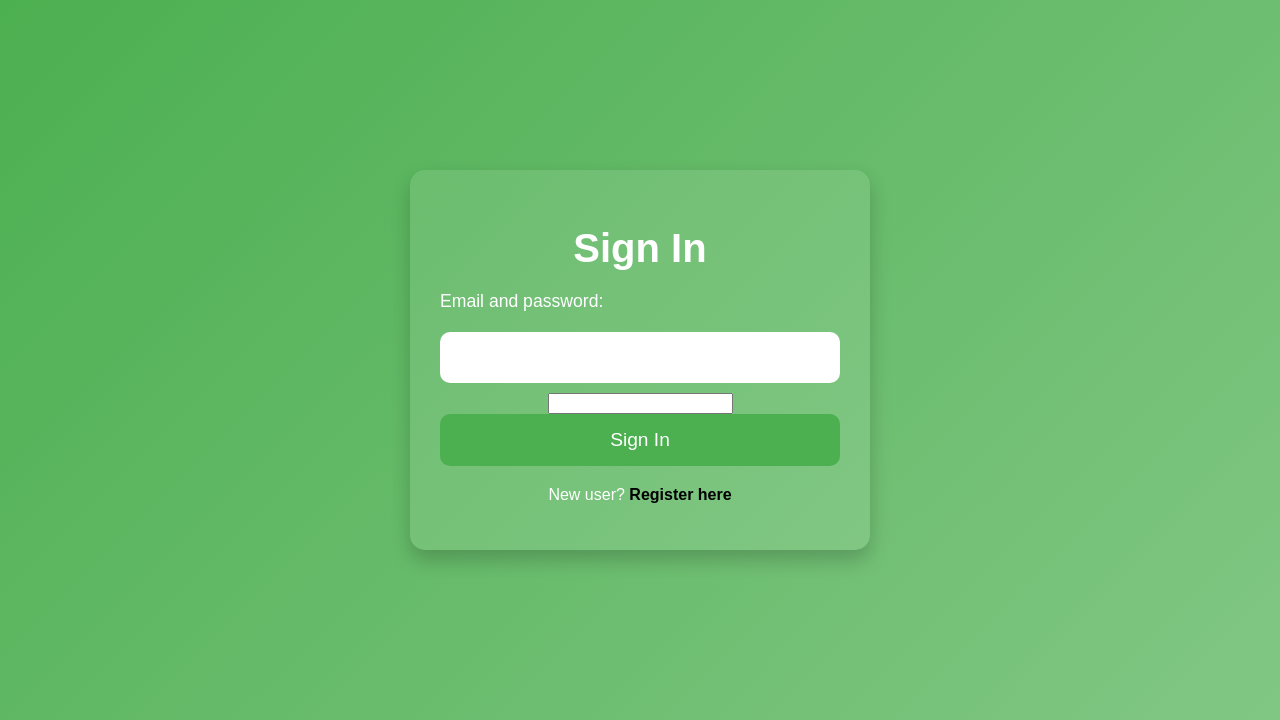
Repository: harutoNaiz/urban-mobility-system
Page: http://localhost/sign_in
These files come from the project's save history. The page is drawn as it stood at one moment and after a run of saves; the edit follows.
The browser window is 1280 px wide. The pictures show the whole page.
The page is served by the project's application, run on Flask 3 (app.py).

Above is the page before, as saved 2024-11-13 09:29:06.

After the next 2 saves:
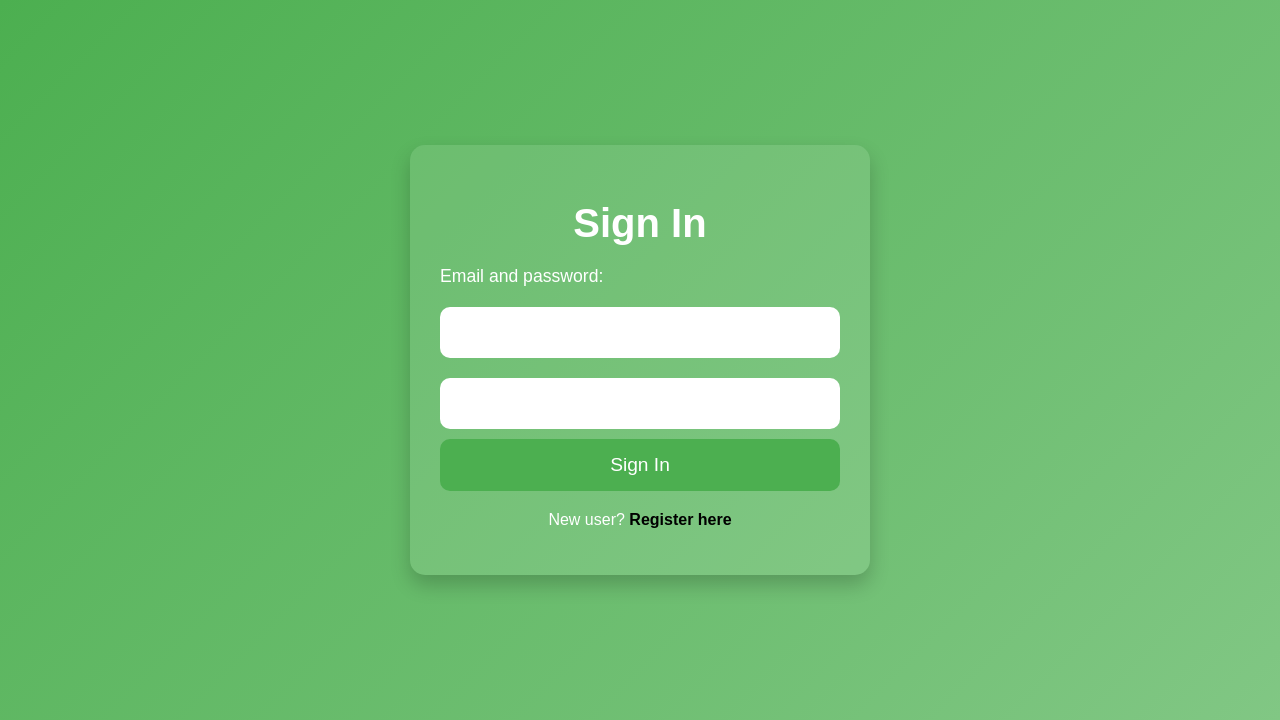
The 2 saves are shown as one change because they came seconds apart.
The last was saved 7 s later.
--- a/templates/sign_in.html
+++ b/templates/sign_in.html
@@ -52,7 +52,7 @@
             color: #333;
             box-sizing: border-box;
         }
-        input[type="email"] {
+        input[type="password"] {
             width: 100%;
             padding: 15px;
             margin: 10px 0;
